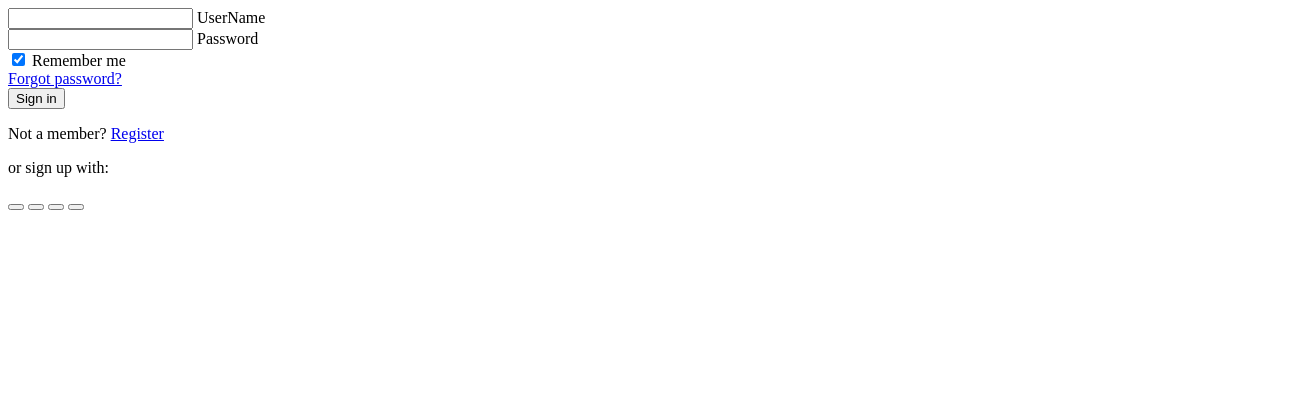
Repository: Priya-saini1/SpringSecurityDemoProject
Page: http://localhost/Login
These files come from the project's save history. The page is drawn as it stood at one moment and after the next save; the edit follows.
The browser window is 1280 px wide. The page is 1280 px wide, then 1292 px, so the pictures cover 1292 px, including what lies to the right of the window. The pictures show the whole page.
The page is this project's Thymeleaf template; nobody is signed in. The template is opened directly, without the code that normally fills it, so the values that code supplies are empty.

Above is the page before, as saved 2023-05-24 06:30:37.

### demo/src/main/resources/templates/Login.html
<!DOCTYPE html>
<html xmlns:th="http://www.thymeleaf.com">
<head>
<meta charset="ISO-8859-1">
<title>Insert title here</title>
</head>
<body>
	<form method="post" th:action="@{/doLogin}">
  <!-- Email input -->
  <div class="form-outline mb-4">
    <input type="text" id="form2Example1" class="form-control" name="username"/>
    <label class="form-label" for="form2Example1">UserName</label>
  </div>

  <!-- Password input -->
  <div class="form-outline mb-4">
    <input type="password" id="form2Example2" class="form-control" name="password"/>
    <label class="form-label" for="form2Example2">Password</label>
  </div>

  <!-- 2 column grid layout for inline styling -->
  <div class="row mb-4">
    <div class="col d-flex justify-content-center">
      <!-- Checkbox -->
      <div class="form-check">
        <input class="form-check-input" type="checkbox" value="" id="form2Example31" checked />
        <label class="form-check-label" for="form2Example31"> Remember me </label>
      </div>
    </div>

    <div class="col">
      <!-- Simple link -->
      <a href="#!">Forgot password?</a>
    </div>
  </div>

  <!-- Submit button -->
  <button type="submit" class="btn btn-primary btn-block mb-4">Sign in</button>

  <!-- Register buttons -->
  <div class="text-center">
    <p>Not a member? <a href="#!">Register</a></p>
    <p>or sign up with:</p>
    <button type="button" class="btn btn-link btn-floating mx-1">
      <i class="fab fa-facebook-f"></i>
    </button>

    <button type="button" class="btn btn-link btn-floating mx-1">
      <i class="fab fa-google"></i>
    </button>

    <button type="button" class="btn btn-link btn-floating mx-1">
      <i class="fab fa-twitter"></i>
    </button>

    <button type="button" class="btn btn-link btn-floating mx-1">
      <i class="fab fa-github"></i>
    </button>
  </div>
</form>
</body>
</html>

After the next save:
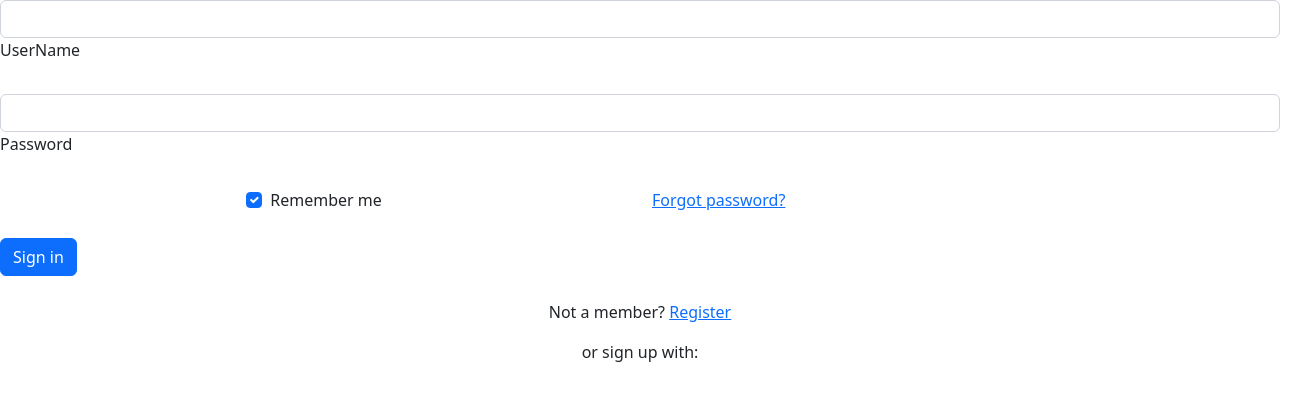
Saved 2 min 20 s later.
--- a/demo/src/main/resources/templates/Login.html
+++ b/demo/src/main/resources/templates/Login.html
@@ -3,6 +3,8 @@
 <head>
 <meta charset="ISO-8859-1">
 <title>Insert title here</title>
+<link href="https://cdn.jsdelivr.net/npm/bootstrap@5.2.3/dist/css/bootstrap.min.css" rel="stylesheet" integrity="sha384-rbsA2VBKQhggwzxH7pPCaAqO46MgnOM80zW1RWuH61DGLwZJEdK2Kadq2F9CUG65" crossorigin="anonymous">
+<script src="https://cdn.jsdelivr.net/npm/bootstrap@5.2.3/dist/js/bootstrap.bundle.min.js" integrity="sha384-kenU1KFdBIe4zVF0s0G1M5b4hcpxyD9F7jL+jjXkk+Q2h455rYXK/7HAuoJl+0I4" crossorigin="anonymous"></script>
 </head>
 <body>
 	<form method="post" th:action="@{/doLogin}">
